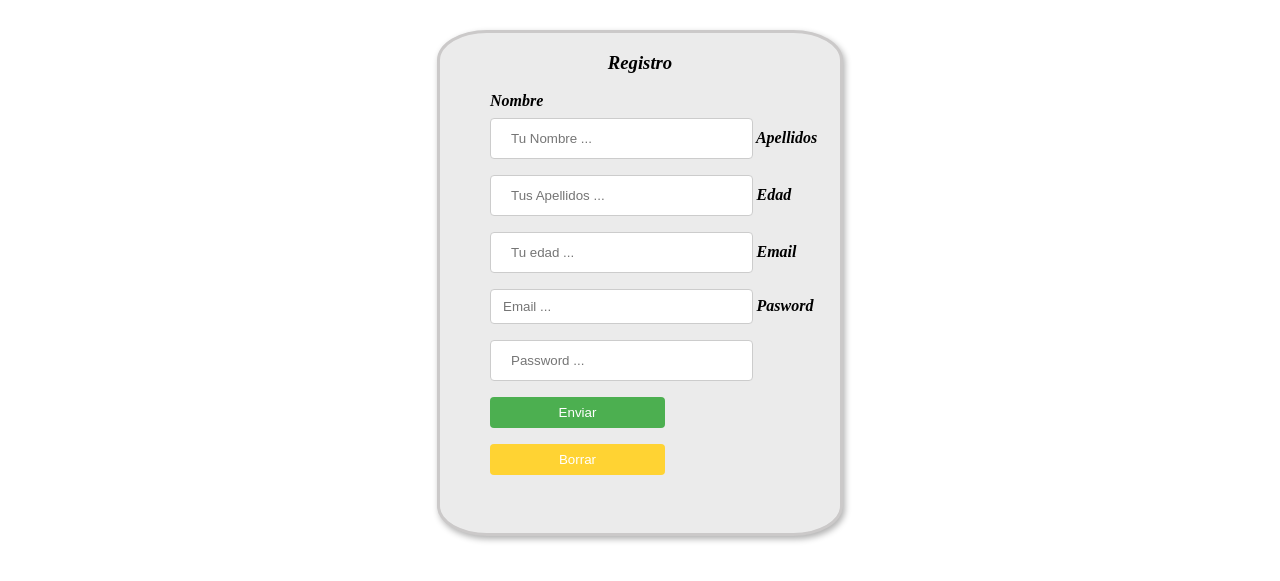
Repository: nachmz42/ProyectoJoker
Page: http://localhost/Joker/registro.jsp
The author's editor kept a copy of each file at every save. The page is drawn from the files as they stood at one save, then again after the next save.
The browser window is 1280 px wide. The pictures show the whole page.
The page is served by Tomcat 9.

Above is the page before, as saved 2021-07-02 13:03:37.

After the next save:
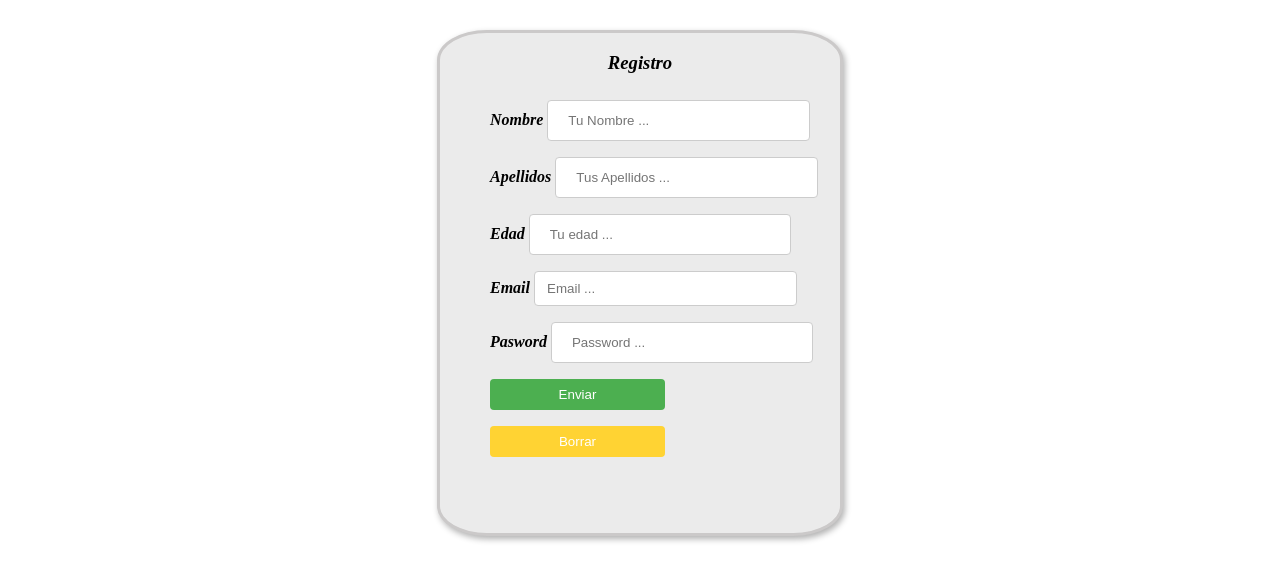
Saved 66 s later.
--- a/Joker/src/main/webapp/registro.jsp
+++ b/Joker/src/main/webapp/registro.jsp
@@ -15,20 +15,20 @@
 
 <div class="form2">
   <form action="/Joker/ServletResgistro" method="post">
-    <label for="nombre">Nombre</label><br>
-    <input type="text" id="nombre" name="nombre" placeholder="Tu Nombre ...">
+    <label for="nombre">Nombre</label>
+    <input type="text" id="nombre" name="nombre" placeholder="Tu Nombre ..."><br>
 
-    <label for="apellidos">Apellidos</label><br>
-    <input type="text" id="apellidos" name="apellidos" placeholder="Tus Apellidos ...">
+    <label for="apellidos">Apellidos</label>
+    <input type="text" id="apellidos" name="apellidos" placeholder="Tus Apellidos ..."><br>
 
-    <label for="edad">Edad</label><br>
-    <input type="text" id="edad" name="edad" placeholder="Tu edad ...">
+    <label for="edad">Edad</label>
+    <input type="text" id="edad" name="edad" placeholder="Tu edad ..."><br>
 
-    <label for="email">Email</label><br>
+    <label for="email">Email</label>
     <input type="email" id="email" name="email" placeholder="Email ...">
-
-    <label for="password">Pasword</label><br>
-    <input type="text" id="password" name="password" placeholder="Password ...">
+    <br>
+    <label for="password">Pasword</label>
+    <input type="text" id="password" name="password" placeholder="Password ...">   <br>
 
     <input type="submit" value="Enviar"><br>
     <input type="reset" value="Borrar"><br>
